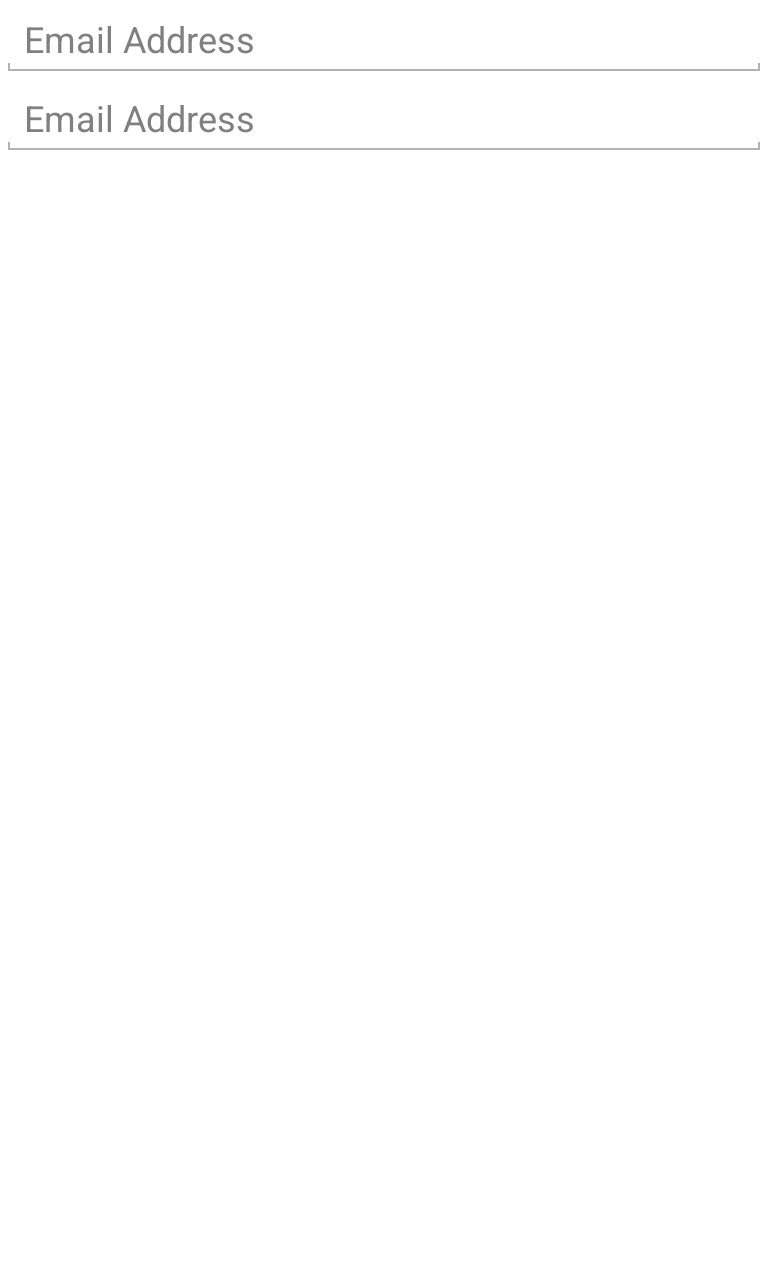
Repository: keiji/farewell-adt-book
Layout: farewell_adt_workspace/library/res/layout/login.xml
The author's editor kept a copy of each file at every save. The layout is drawn from the files as they stood at one save, then again after the next save.
It is drawn on a 768 x 1280 px phone screen (xhdpi) without system bars, with theme AppTheme; the app's code is not run.

Above is the layout before, as saved 2015-12-08 16:42:32.

After the next save:
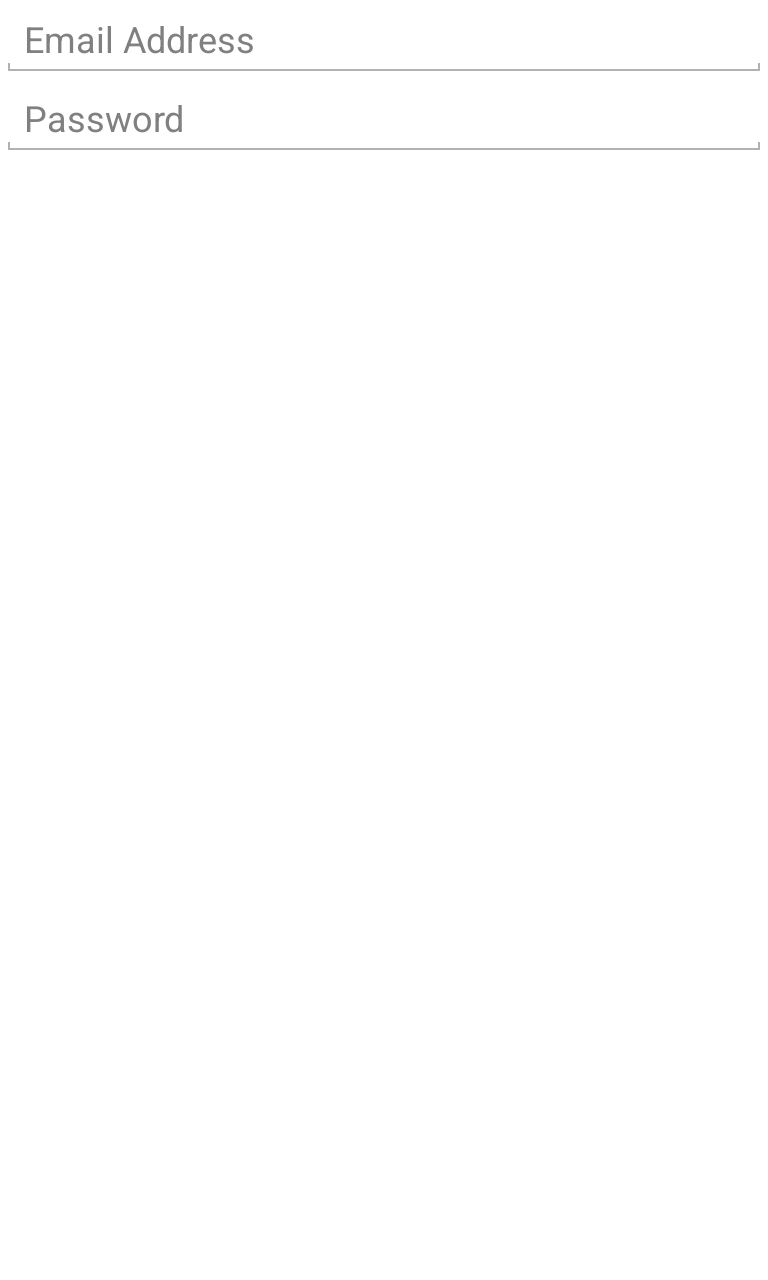
Saved 27 s later.
--- a/farewell_adt_workspace/library/res/layout/login.xml
+++ b/farewell_adt_workspace/library/res/layout/login.xml
@@ -12,6 +12,7 @@
     <EditText
         android:layout_width="match_parent"
         android:layout_height="wrap_content"
-        android:hint="Email Address" />
+        android:inputType="password"
+        android:hint="Password" />
 
 </LinearLayout>
